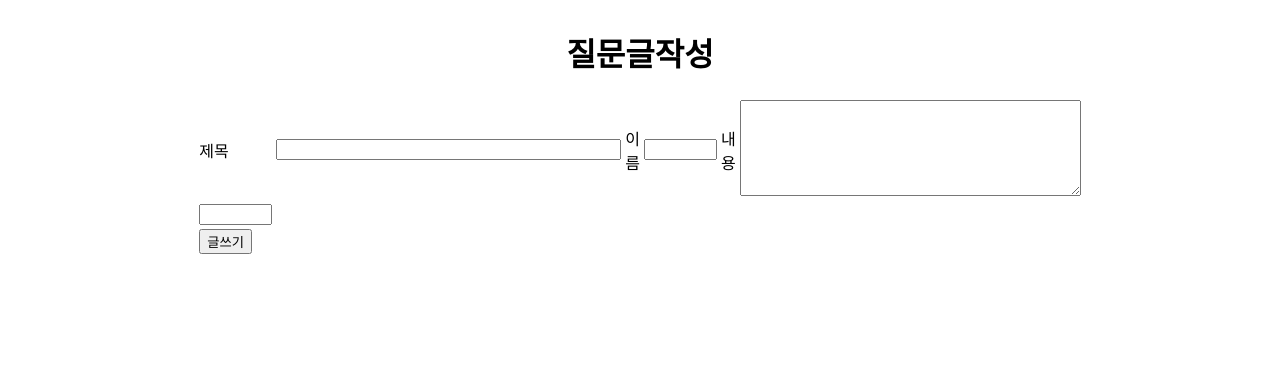
Repository: shbaksa/study
Page: http://localhost/mw_0620/qna/write.jsp
An editor plug-in stored every save of this project. The page is shown before and after the next save, followed by the edit.
The browser window is 1280 px wide. The pictures show the whole page.
The page is served by Tomcat 9.

Above is the page before, as saved 2022-06-20 01:15:41.

### mw_0620/src/main/webapp/qna/write.jsp
<%@ page language="java" contentType="text/html; charset=UTF-8"
    pageEncoding="UTF-8"%>
<!DOCTYPE html>
<html>
<head>
<meta charset="UTF-8">
<title>Insert title here</title>
</head>
<body>	<!-- write.jsp : 질문 글 -->

	<table width="500" align="center">
	<caption><h1> 질문글작성</h1></caption>
	<tr>
	<td>제목</td>
	<td><input type="text" name="title" size="40"></td>
	<td>이름</td>
	<td><input type="text" name="name" size="6"></td>
	<td>내용</td>
	<td><textarea cols="40" rows="6" name="content"></textarea></td>
	</tr>
	<tr>
	<td><input type="password" name="pwd" size="6"></td>
	</tr>
	<tr>
	<td colspan="2"><input type="submit" value="글쓰기"></td>
	</tr>
	</table>

</body>
</html>

After the next save:
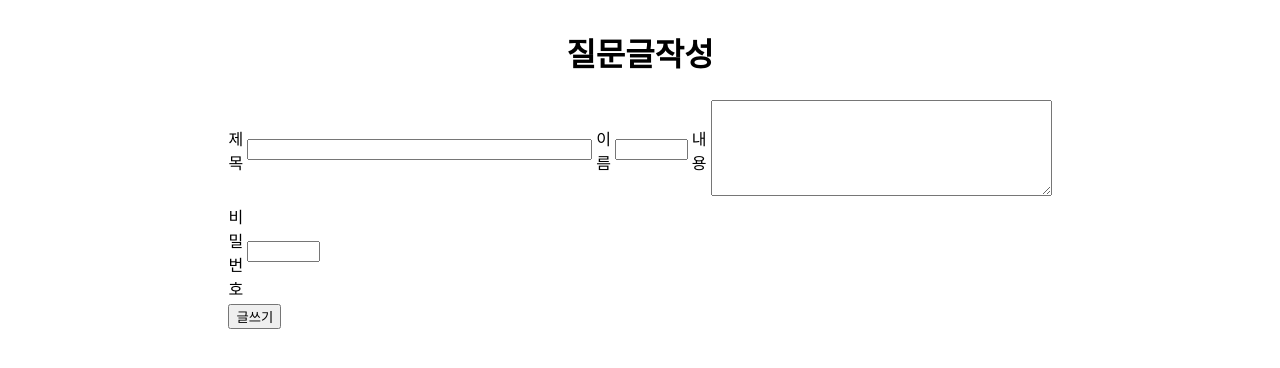
Saved 11 s later.
--- a/mw_0620/src/main/webapp/qna/write.jsp
+++ b/mw_0620/src/main/webapp/qna/write.jsp
@@ -19,6 +19,7 @@
 	<td><textarea cols="40" rows="6" name="content"></textarea></td>
 	</tr>
 	<tr>
+	<td>비밀번호</td>
 	<td><input type="password" name="pwd" size="6"></td>
 	</tr>
 	<tr>
